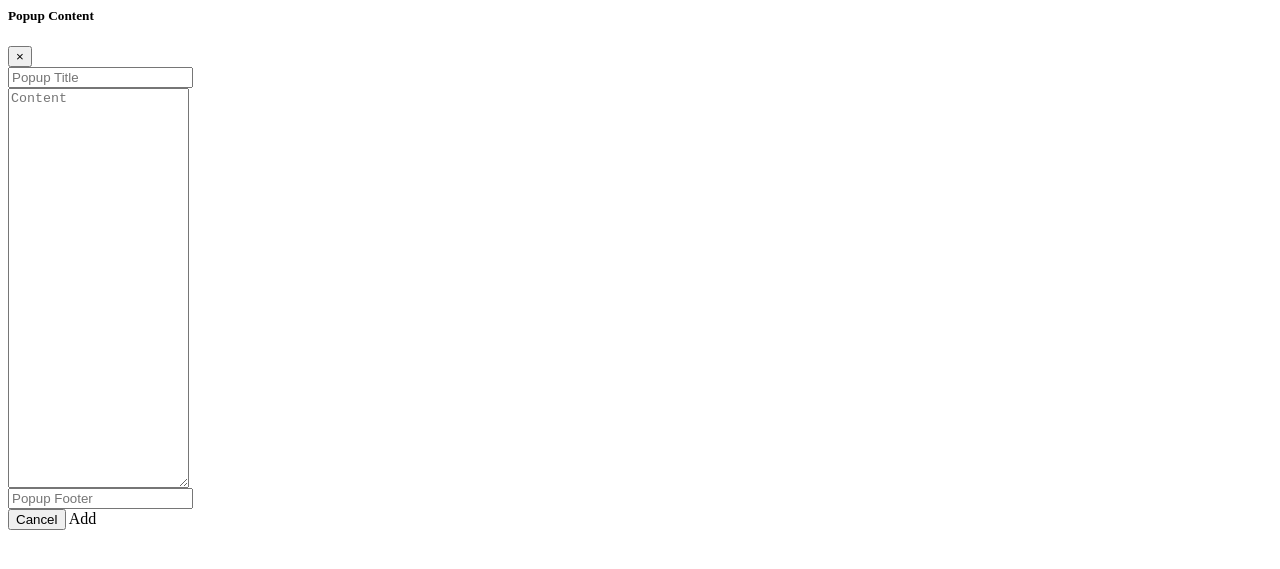
Repository: aache/alhayat
Page: http://localhost/admin/add_popup.php
These files come from the project's save history. The page is drawn as it stood at one moment and after the next save; the edit follows.
The browser window is 1280 px wide. The pictures show the whole page.
The page is run by PHP 8.4 with error messages shown; the project is at /var/www/html/.

Above is the page before, as saved 2019-04-21 15:40:09.

After the next save:
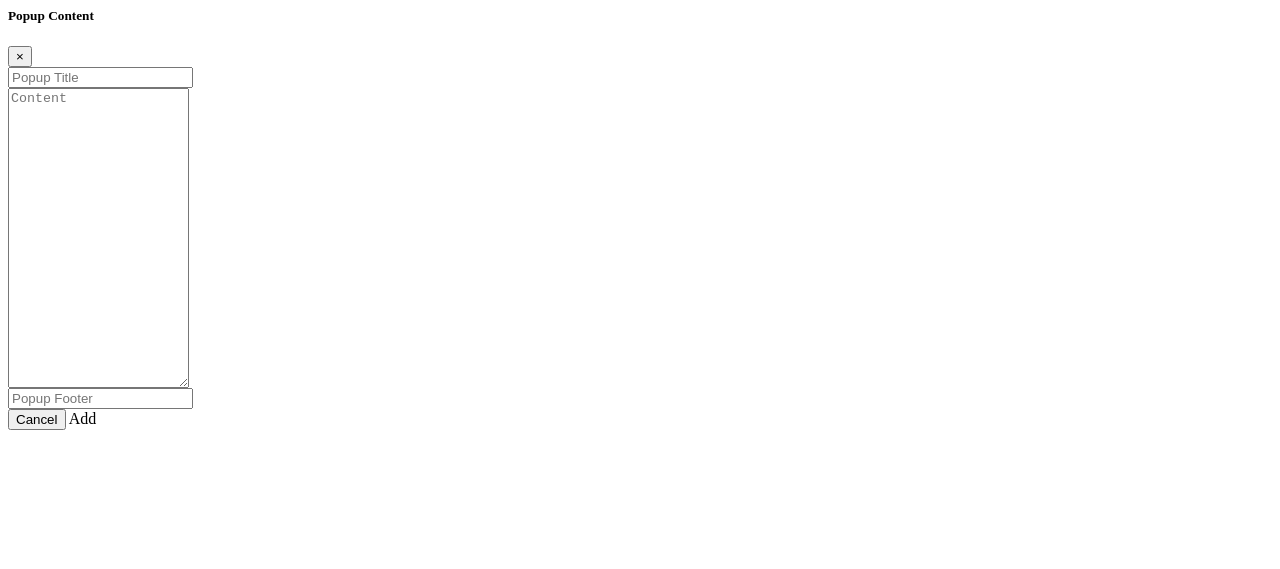
Saved 14 s later.
--- a/admin/add_popup.php
+++ b/admin/add_popup.php
@@ -12,7 +12,7 @@
                 <input type="text" name="popup_title" id="popup_title" placeholder="Popup Title" class="form-control"/>
             </div>
             <div class="col-md-8 m-2">
-                <textarea name="popup_content"  id="popup_content" placeholder="Content" style="height:400px" class="form-control"></textarea>
+                <textarea name="popup_content"  id="popup_content" placeholder="Content" style="height:300px" class="form-control"></textarea>
             </div>
             <div class="col-md-8 m-2">
             <input type="text" name="popup_footer" id="popup_footer" placeholder="Popup Footer" class="form-control"/>
